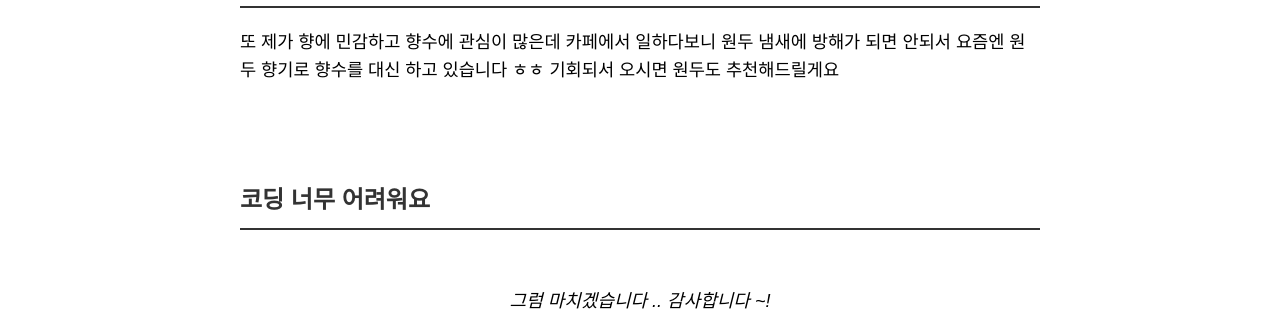
Repository: 211-k/211-k.github.io
Page: index.html
These files come from the project's save history. The page is drawn as it stood at one moment and after a run of saves; the edit follows.
The browser window is 1280 px wide. The pictures show the part of the page from y = 3386 to 4338 px (the page is 3719 px tall before and 3743 px after).
A picture or video elsewhere on the page could not be fetched, so the positions and the page height are approximate.

Above is the page before, as saved 2023-03-23 02:05:13.

After the next 2 saves:
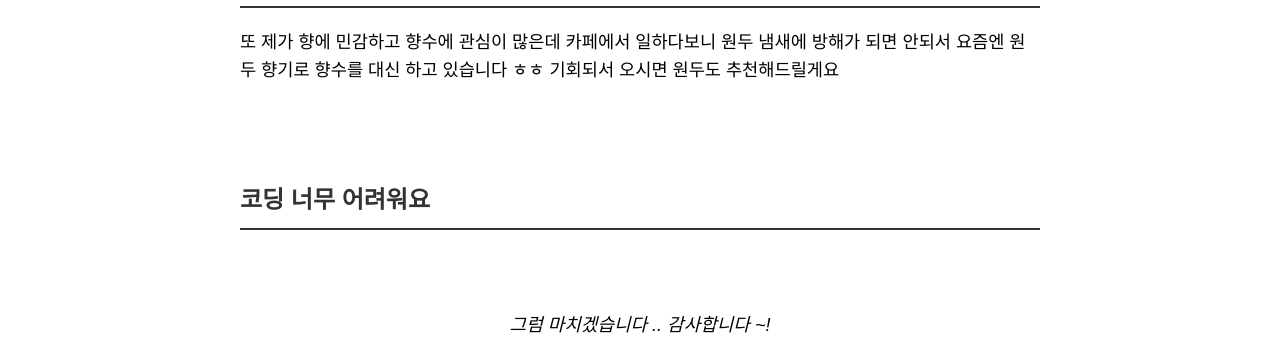
Not found: 호.jpeg
The 2 saves are shown as one change because they came seconds apart.
The last was saved 6 s later.
--- a/index.html
+++ b/index.html
@@ -58,7 +58,7 @@
     </div>
     <div>
         <h2 class="subtitle">코딩 너무 어려워요</h2>
-
+        <img src="./호.jpeg" width="800px" alt="">
     </div>
     <p class="end">그럼 마치겠습니다 .. 감사합니다 ~!</p>
 </body>

After the save that followed:
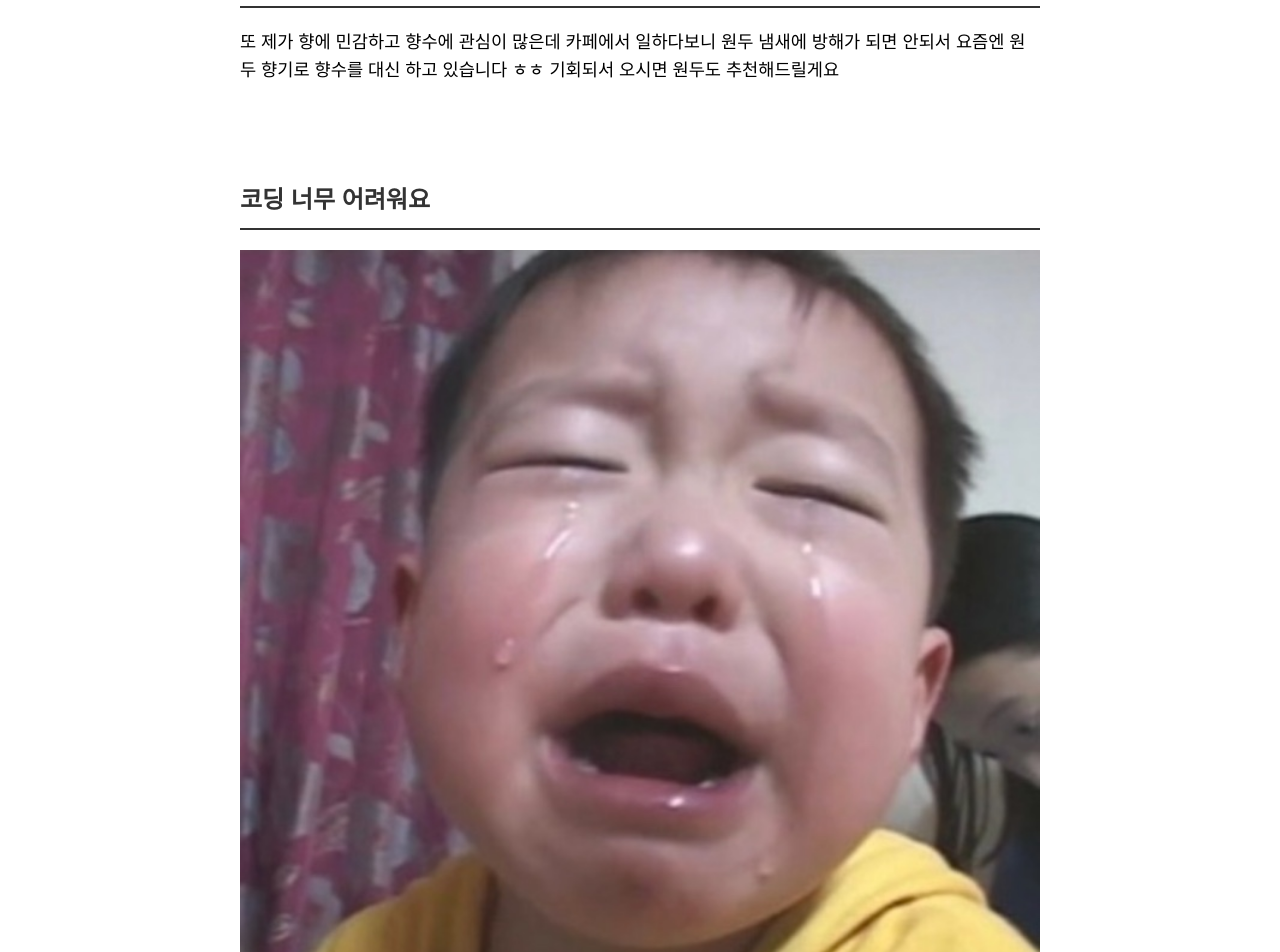
Saved 17 s later.
--- a/index.html
+++ b/index.html
@@ -58,7 +58,7 @@
     </div>
     <div>
         <h2 class="subtitle">코딩 너무 어려워요</h2>
-        <img src="./호.jpeg" width="800px" alt="">
+        <img src="./cry.jpeg" width="800px" alt="">
     </div>
     <p class="end">그럼 마치겠습니다 .. 감사합니다 ~!</p>
 </body>
